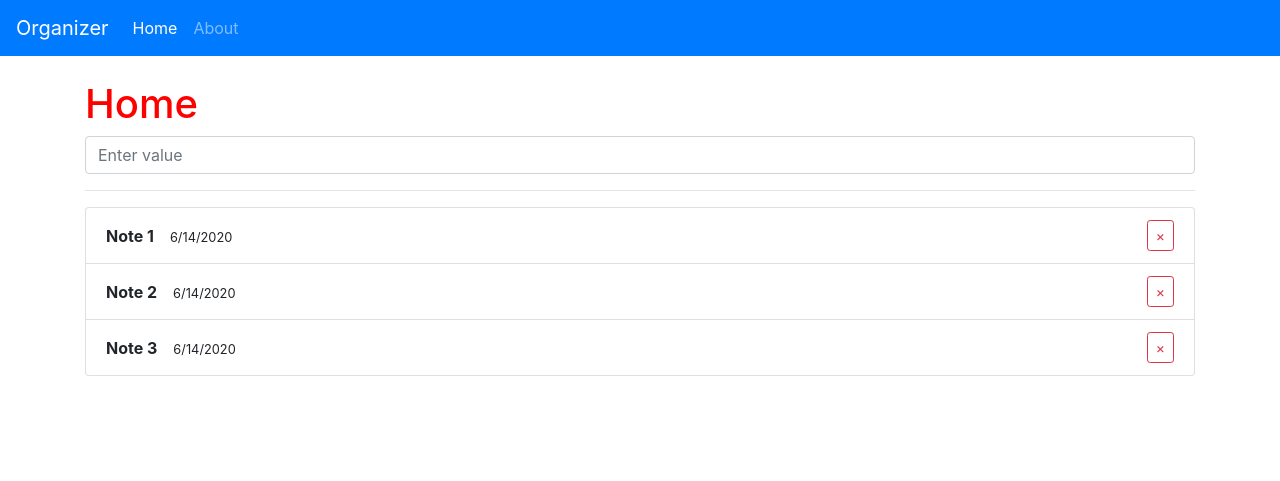
Repository: GregorPiev/orginizer-react-advanced
Page: /
An editor plug-in stored every save of this project. The page is shown before and after a run of saves, followed by the edit.
The browser window is 1280 px wide. The pictures show the whole page.
The project was rebuilt for these pictures with package versions that can differ from the ones it lists, and the page was loaded fresh each time. Also part of the build but not shown: src/pages/About/About.scss, src/pages/About/About.js.

Above is the page before, as saved 2020-08-24 12:15:50.

### src/index.scss
@import "~bootstrap/scss/bootstrap";
body {
	margin: 0;
	font-family: -apple-system, BlinkMacSystemFont, "Segoe UI", "Roboto", "Oxygen",
		"Ubuntu", "Cantarell", "Fira Sans", "Droid Sans", "Helvetica Neue",
		sans-serif;
	-webkit-font-smoothing: antialiased;
	-moz-osx-font-smoothing: grayscale;
}

code {
	font-family: source-code-pro, Menlo, Monaco, Consolas, "Courier New",
		monospace;
}

### src/App.js
import React from 'react';
import { BrowserRouter, Route, Switch } from 'react-router-dom';
import { Home } from './pages/Home/Home';
import { About } from './pages/About/About';
import { Navbar } from './components/Navbar';
import { Alert } from './components/Alert';
import { AlertState } from './context/alert/AlertState';
function App() {
  return (
    <AlertState>
      <BrowserRouter>
        <Navbar />
        <div className="container pt-4">
          <Alert />
          <Switch>
            <Route path="/" exact component={Home} />
            <Route path="/about" component={About} />
          </Switch>

        </div>
      </BrowserRouter>
    </AlertState>
  );
}

export default App;

### src/pages/Home/Home.js
import React, { Fragment } from 'react';
import { Form } from '../../components/Form';
import { Notes } from '../../components/Notes';
import './Home.scss';

export const Home = () => {
    const notes = new Array(3)
        .fill('')
        .map((_, i) => ({ id: i, title: `Note ${i + 1}` }))
    return (
        <Fragment >
            <h1 className="home">Home</h1>
            <Form />
            <hr />
            <Notes notes={notes} />
        </Fragment>
    )
}

### src/components/Navbar.js
import React from 'react';
import { NavLink } from 'react-router-dom';

export const Navbar = () => (
    <nav className="navbar navbar-dark navbar-expand-lg bg-primary">
        <div className="navbar-brand">
            Organizer
        </div>

        <ul className="navbar-nav">
            <li className="nav-item">
                <NavLink
                    className="nav-link"
                    to="/"
                    exact
                >
                    Home
                    </NavLink>
            </li>
            <li className="nav-item">
                <NavLink
                    className="nav-link"
                    to="/about">
                    About
                    </NavLink>
            </li>
        </ul>

    </nav>
)

### src/context/alert/AlertState.js
import React, { useReducer } from 'react';
import { AlertContext } from './alertContext';
import { alertReducer } from './alertReducer';
import { SHOW_ALERT, HIDE_ALERT } from '../type';


export const AlertState = ({ children }) => {
    const [state, dispatch] = useReducer(alertReducer, { visible: false });
    const show = (text, type = 'warning') => {
        dispatch({
            type: SHOW_ALERT,
            payload: { text, type }
        })
    }

    const hide = () => {
        dispatch({ type: HIDE_ALERT })
    }
    return (
        <AlertContext.Provider value={{
            show, hide,
            alert: state
        }}>
            {children}
        </AlertContext.Provider>
    )
}

### src/components/Form.js
import React from 'react';

export const Form = () => {

    return (
        <form>
            <div className="form-group">
                <input
                    className="form-control"
                    type="text"
                    placeholder="Enter value" />
            </div>
        </form>
    )
}

### src/components/Notes.js
import React from 'react';
import './ComponentsStyle.scss';

export const Notes = ({ notes }) => {

    return (
        <ul className="list-group">
            {notes.map(note => (
                <li
                    key={note.id}
                    className="list-group-item note">
                    <div>
                        <strong>{note.title}</strong>
                        <small>{new Date().toLocaleDateString()}</small>
                    </div>

                    <button type="button" className="btn btn-outline-danger btn-sm">&times;</button>
                </li>
            ))}
        </ul>
    )
}

### src/pages/Home/Home.scss
h1.home {
	color: red;
}

### src/context/alert/alertContext.js
import { createContext } from 'react';

export const AlertContext = createContext();

### src/context/alert/alertReducer.js
import { SHOW_ALERT, HIDE_ALERT } from "../type";

const handlers = {
    [SHOW_ALERT]: (state, { payload }) => ({ ...payload, visible: true }),
    [HIDE_ALERT]: state => ({ ...state, visible: false }),
    DEFAULT: state => state
}

export const alertReducer = (state, action) => {
    const handle = handlers[action.type] || handlers.DEFAULT;
    return handle(state, action);
}

### src/context/type.js
export const SHOW_ALERT = 'SHOW_ALERT';
export const HIDE_ALERT = 'HIDE_ALERT';

### src/components/ComponentsStyle.scss
.note {
	display: flex;
	justify-content: space-between;
	align-items: center;
	strong {
		margin-right: 1rem;
	}
}

### src/components/Alert.js
import React from 'react';

export const Alert = ({ alert }) => {
    if (!alert) {
        return null;
    }
    return (
        <div className={`alert alert-${alert.type || 'warning'} alert-dismissible`}>
            <strong>Alert!</strong>
            {alert.text}
            <button type="button" className="close" aria-label="Close">
                <span aria-hidden="true">&times;</span>
            </button>
        </div>
    )
}

Loaded but not shown: public/index.html (common file); src/index.js (common file); src/serviceWorker.js (common file)

After the next 2 saves:
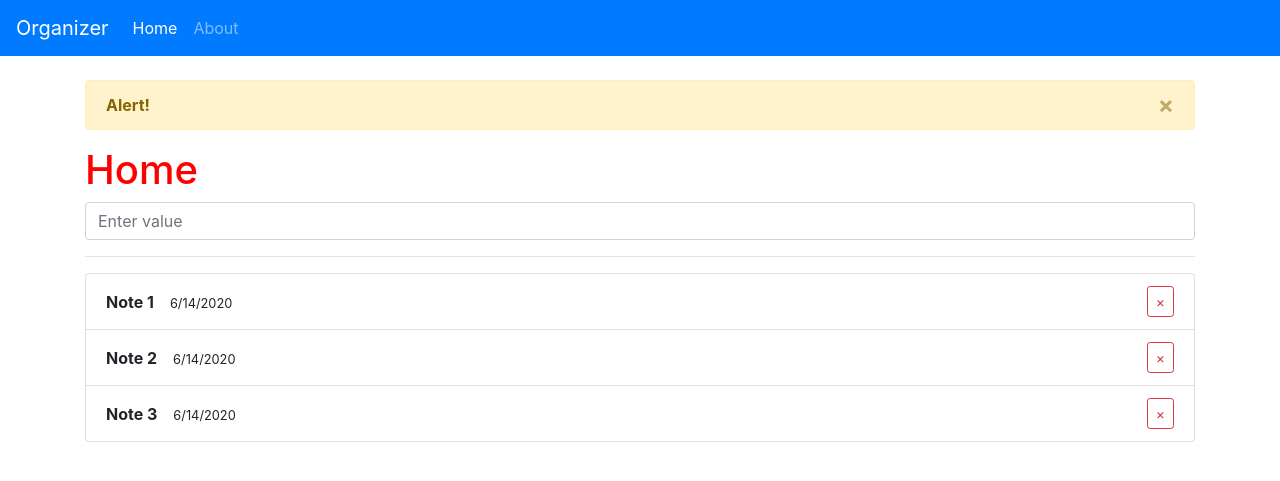
The 2 saves are shown as one change because 1 did not build or start.
The last was saved 3 min 21 s later.
--- a/src/components/Alert.js
+++ b/src/components/Alert.js
@@ -1,6 +1,9 @@
-import React from 'react';
+import React, { useContext } from 'react';
+import { AlertContext } from '../context/alert/alertContext';
 
-export const Alert = ({ alert }) => {
+export const Alert = () => {
+    const { alert, hide } = useContext(AlertContext);
+
     if (!alert) {
         return null;
     }
@@ -8,7 +11,7 @@ export const Alert = ({ alert }) => {
         <div className={`alert alert-${alert.type || 'warning'} alert-dismissible`}>
             <strong>Alert!</strong>
             {alert.text}
-            <button type="button" className="close" aria-label="Close">
+            <button onClick={hide} type="button" className="close" aria-label="Close">
                 <span aria-hidden="true">&times;</span>
             </button>
         </div>
